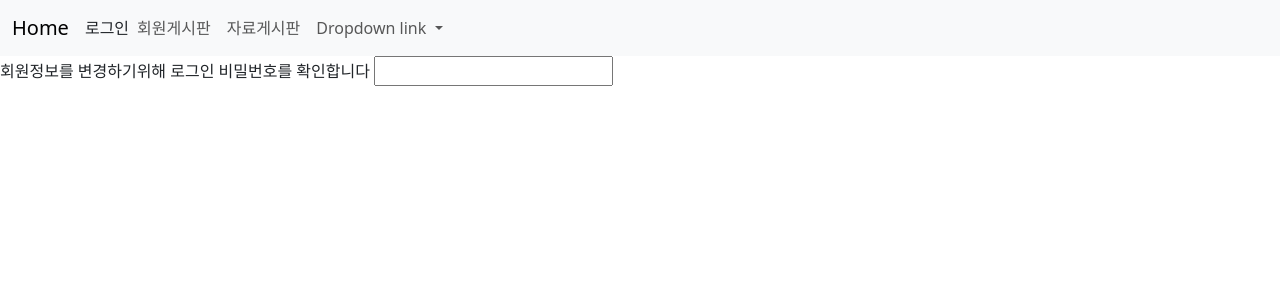
Repository: AHJ2616/Java
Page: http://localhost/board-jsp/06Session/check_pw.jsp
These files come from the project's save history. The page is drawn as it stood at one moment and after the next save; the edit follows.
The browser window is 1280 px wide. The pictures show the whole page.
The page is served by Tomcat 9.

Above is the page before, as saved 2024-07-29 07:24:27.

After the next save:
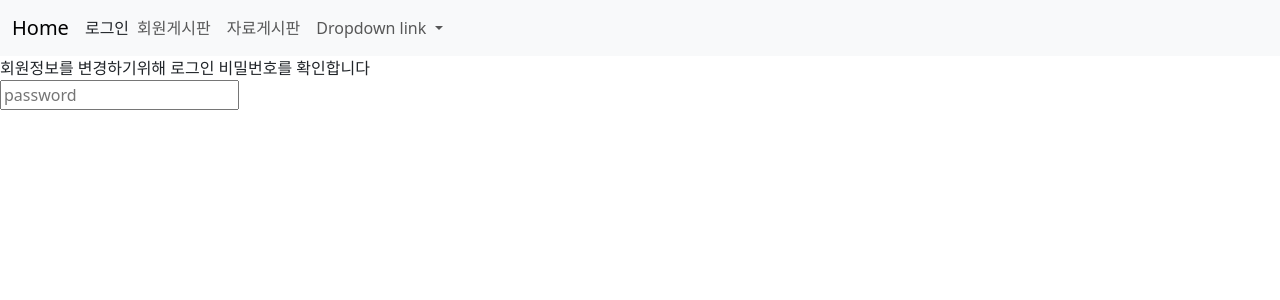
Saved 32 s later.
--- a/jsp_workspace/board-jsp/src/main/webapp/06Session/check_pw.jsp
+++ b/jsp_workspace/board-jsp/src/main/webapp/06Session/check_pw.jsp
@@ -9,8 +9,8 @@
 </head>
 <body>
 <form action="member" method="post" onsubmit="return method(tihs);">
-<label for="pw">회원정보를 변경하기위해 로그인 비밀번호를 확인합니다</label>
-<input>
+<label for="pw">회원정보를 변경하기위해 로그인 비밀번호를 확인합니다</label><br>
+<input type= "password" name= "pw" id="pw" required placeholder="password"/><br>
 </form>
 </body>
 </html>
